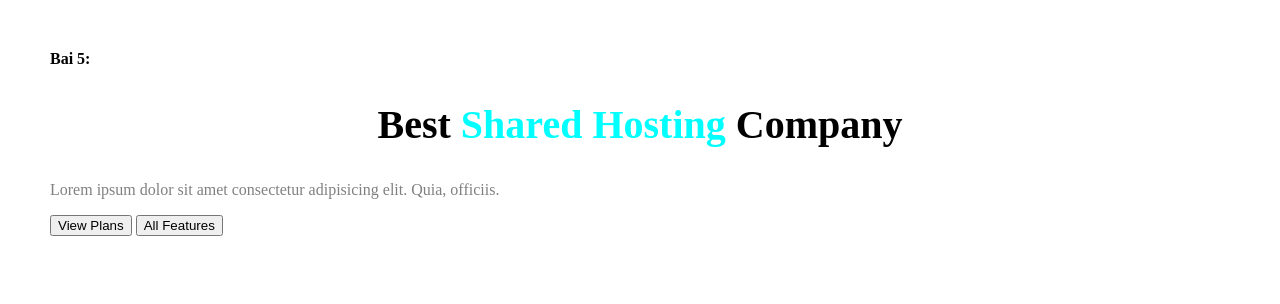
Repository: truongtn04/f8-fullstack-k5
Page: day03/ex05.html
These files come from the project's save history. The page is drawn as it stood at one moment and after the next save; the edit follows.
The browser window is 1280 px wide. The pictures show the whole page.

Above is the page before, as saved 2023-11-27 14:53:59.

### day03/ex05.html
<!DOCTYPE html>
<html lang="en">
<head>
    <meta charset="UTF-8">
    <meta name="viewport" content="width=device-width, initial-scale=1.0">
    <title>Document</title>
    <link rel="stylesheet" href="css/ex05.css">
</head>
<body>
    <b>Bai 5:</b>
    <section class="content">
        <h1>Best <span>Shared Hosting</span> Company</h1>
        <p>Lorem ipsum dolor sit amet consectetur adipisicing elit. Quia, officiis.</p>
        <div class="button">
            <button>View Plans</button>
            <button>All Features</button>
        </div>
    </section>
</body>
</html>

### day03/css/ex05.css
body{
     margin: 50px 50px;
}
h1{
    font-size: 40px;
    text-align: center;
}
h1 span{
    color:aqua;
}
p{
    color: grey;
}

After the next save:
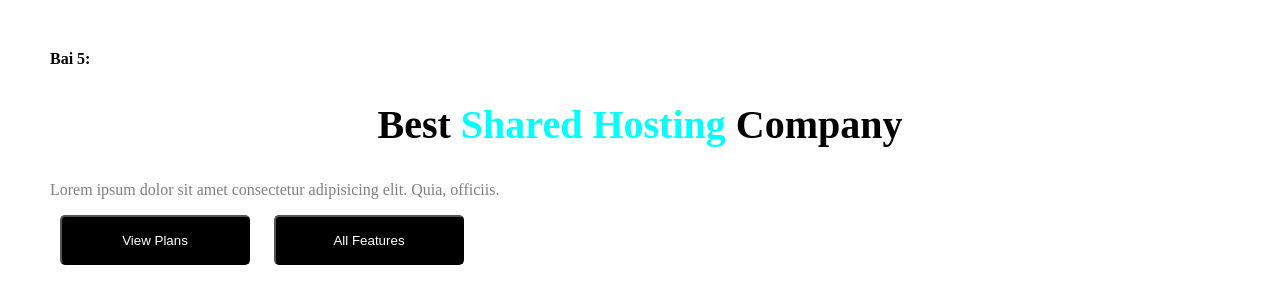
Saved 64 s later.
--- a/day03/css/ex05.css
+++ b/day03/css/ex05.css
@@ -11,3 +11,11 @@ h1 span{
 p{
     color: grey;
 }
+button{
+    width: 190px;
+    height: 50px;
+    background-color: black;
+    color: white;
+    border-radius: 5px;
+    margin: 0 10px;
+}
